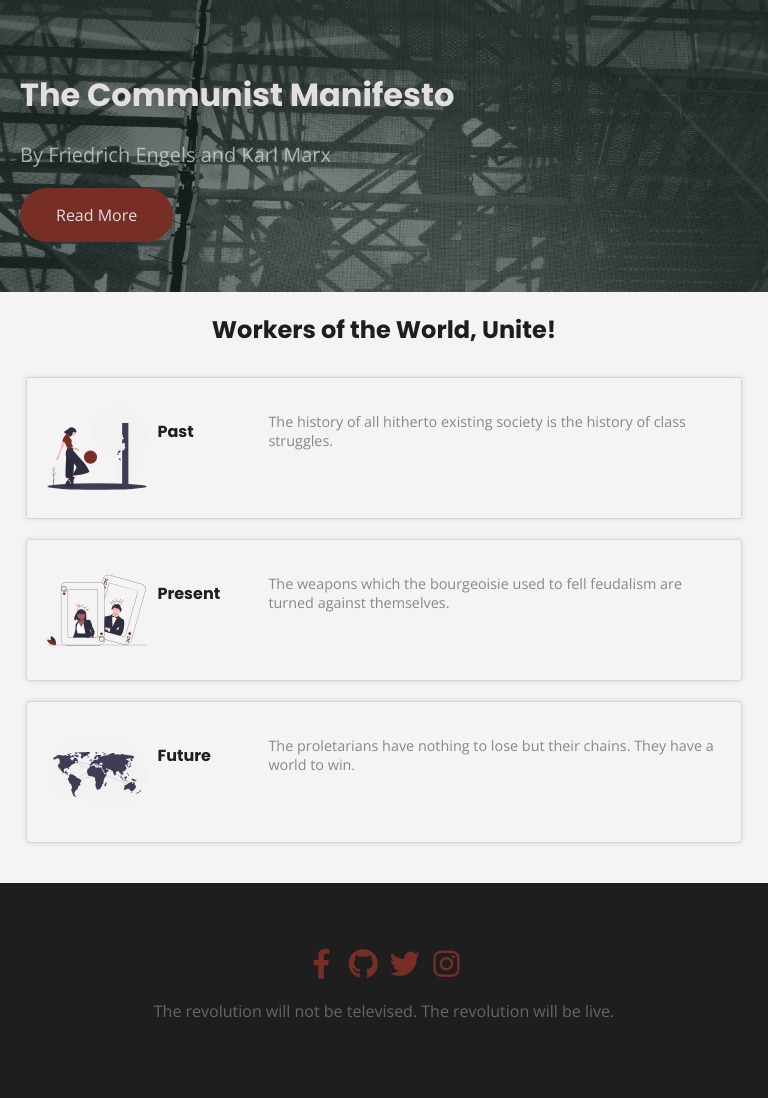
Repository: eaang/landing
Page: index.html
The author's editor kept a copy of each file at every save. The page is drawn from the files as they stood at one save, then again after the next save.
The browser window is 768 px wide. The pictures show the whole page.
Some web libraries are served in a nearby version.

Above is the page before, as saved 2020-06-10 17:15:01.

### index.html
<!DOCTYPE html>
<html>
  <head>
    <meta charset="UTF-8" />
    <title>The Communist Manifesto</title>
    <link rel="shortcut icon" href="data:[embedded picture, 18 characters]" type="image/x-icon" />
    <!-- We need this line below for responsiveness! -->
    <meta name="viewport" content="width=device-width, initial-scale=1" />
    <link rel="stylesheet" href="css/style.css" />
  </head>
  <body>
    <!-- code a Hero / Banner section -->
    <div class="banner">
      <div class="container">
        <h1>The Communist Manifesto</h1>
        <p>By Friedrich Engels and Karl Marx</p>
        <a class="btn-primary" href="#">Read More</a>
      </div>
    </div>
    <!-- code a "How it works" section -->
    <div class="container">
      <h2 class="text-center">Workers of the World, Unite!</h2>
      <div class="cards">
        <div class="card">
          <img src="images/struggle.svg" alt="" />
          <div class="card-titles"><h4>Past</h4></div>
          <div class="card-text"><p>
            The history of all hitherto existing society is the history of class
            struggles.
          </p></div>
        </div>

        <div class="card">
          <img src="images/feudal.svg" alt="" />
          <div class="card-titles"><h4>Present</h4></div>
          <div class="card-text"><p>
            The weapons which the bourgeoisie used to fell feudalism are turned
            against themselves.
          </p></div>
        </div>

        <div class="card">
          <img src="images/future.svg" alt="" />
          <div class="card-titles"><h4>Future</h4></div>
          <div class="card-text"><p>
            The proletarians have nothing to lose but their chains. They have a
            world to win.
          </p></div>
        </div>
      </div>
    </div>
    <!-- code a footer -->
    <div class="footer">
      <div class="links">
        <a href="#"><i class="fab fa-fw fa-facebook-f"></i></a>
        <a href="#"><i class="fab fa-fw fa-github"></i></a>
        <a href="#"><i class="fab fa-fw fa-twitter"></i></a>
        <a href="#"><i class="fab fa-fw fa-instagram"></i></a>
        <p>
          The revolution will not be televised. The revolution will be live.
        </p>
      </div>
    </div>
  </body>
</html>

### css/style.css
/* Fonts */
@import url("https://fonts.googleapis.com/css?family=Open+Sans:400,700|Poppins:700");

/* Fontawesome */
@import url("https://use.fontawesome.com/releases/v5.6.3/css/all.css");

/* Utilities */
body {
  margin: 0;
  font-family: Open Sans;
  background-color: #f5f4f5;
  color: #1f1e1f;
}

h1,
h2,
h3,
h4 {
  font-family: Poppins;
}

a {
  text-decoration: none;
}

.text-center {
  text-align: center;
}
/* Custom design below! */
.container {
  max-width: 900px;
  margin: auto;
}

/* Banner design */
.banner:before {
  content: " ";
  display: block;
  position: absolute;
  left: 0;
  top: 0;
  width: 100%;
  height: 100%;
  z-index: 1;
  opacity: 0.4;
  background-image: url("../images/background.jpg");
  background-repeat: no-repeat;
  background-position: 50% 0;
  -ms-background-size: cover;
  -o-background-size: cover;
  -moz-background-size: cover;
  -webkit-background-size: cover;
  background-size: cover;
}
.banner {
  position: relative;
  background: #203130;
  overflow: hidden;
  padding: 200px 0;
}
.banner h1 {
  position: relative;
  z-index: 2;
  color: #e1dfe1;
}
.banner p {
  position: relative;
  z-index: 2;
  color: #e1dfe1;
  opacity: 0.7;
  font-size: 20px;
}
.btn-primary {
  position: relative;
  z-index: 2;
  display: inline-block;
  background-color: #772e25;
  padding: 16px 36px;
  border-radius: 50px;
  color: #e1dfe1;
}

/* Cards design */
.cards {
  flex-wrap: wrap;
  display: flex;
  justify-content: space-between;
  margin-bottom: 30px;
}
.card {
  max-width: 200px;
  border-radius: 3px;
  box-shadow: 0 0 5px rgb(216, 212, 216);
  text-align: center;
  padding: 20px;
  border: 1px solid rgb(216, 212, 216);
}
.card img {
  height: 100px;
}
.card p {
  opacity: 0.5;
  font-size: 0.9em;
}

/* Footer design */
.footer {
  text-align: center;
  padding: 60px;
  background-color: #1f1e1f;
}
.footer a {
  font-size: 30px;
  color: #772e25;
}
.footer p {
  color: #686468;
}

/* Media Queries */

@media only screen and (max-width: 1000px) {
  .banner {
    padding: 50px 20px 50px 20px;
  }
  .cards {
    padding: 0px 10px 0px 10px;
  }
  .card {
    margin: 0 10px;
  }
}
@media only screen and (max-width: 830px) {
  .cards {
    flex-direction: column;
  }
  .card {
    min-width: 90%;
    margin: 10px auto;
    display: flex;
    justify-content: space-between;
    text-align: left;
  }
  .card img {
    width: 100px;
  }
  .card-titles {
    flex: 1 0 auto;
    text-align: left;
    padding-left: 10px;
    margin-right: 10px;
    min-width: 15%;
  }
  .card-text {
    max-width: 70%;
  }
}

After the next save:
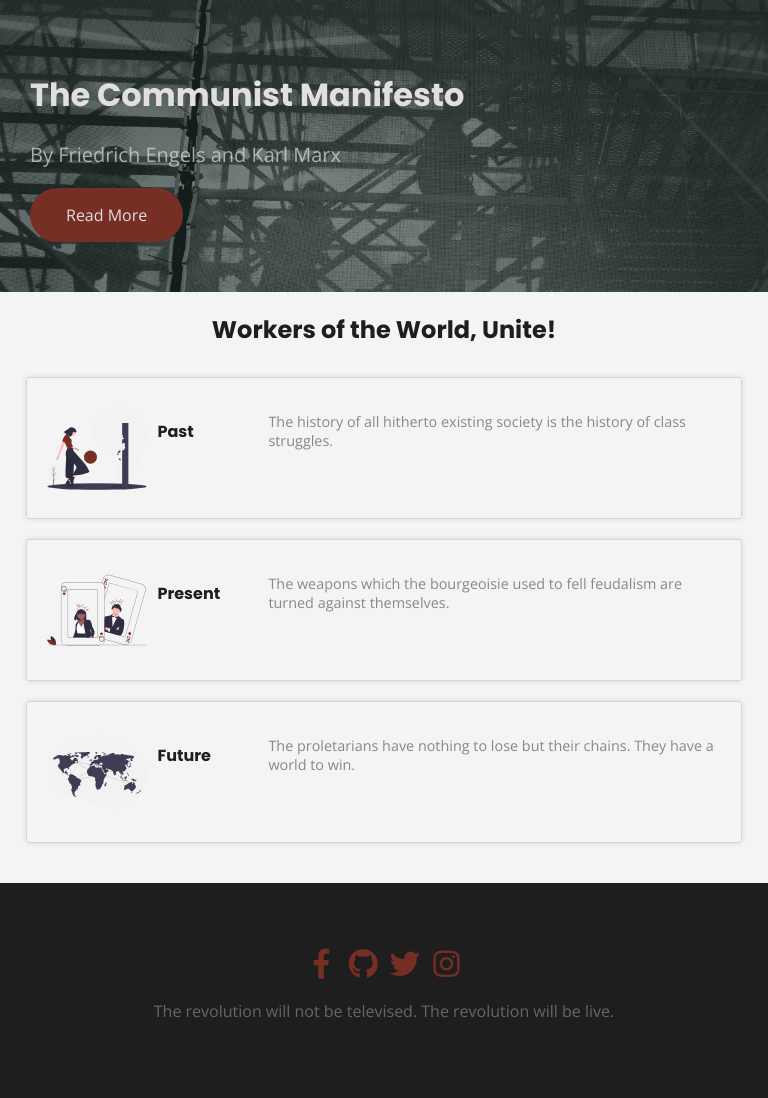
Saved 64 s later.
--- a/css/style.css
+++ b/css/style.css
@@ -121,7 +121,7 @@
 
 @media only screen and (max-width: 1000px) {
   .banner {
-    padding: 50px 20px 50px 20px;
+    padding: 50px 30px 50px 30px;
   }
   .cards {
     padding: 0px 10px 0px 10px;

After the save that followed:
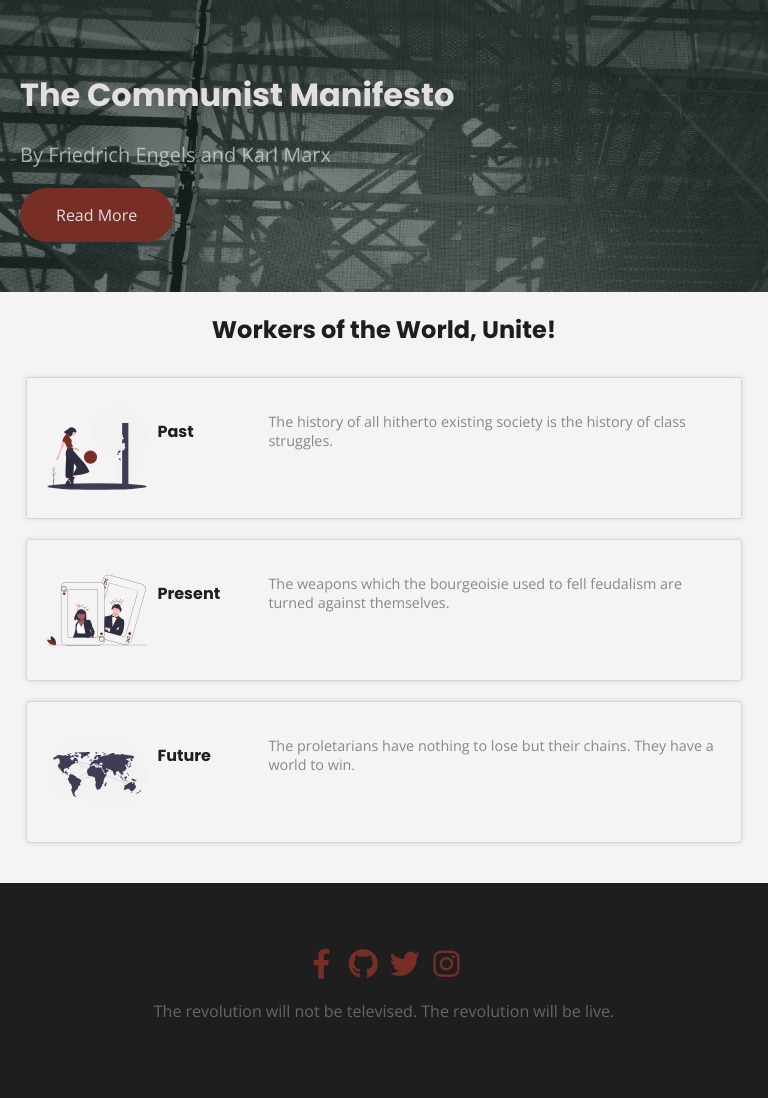
Saved 23 s later.
--- a/css/style.css
+++ b/css/style.css
@@ -121,7 +121,7 @@
 
 @media only screen and (max-width: 1000px) {
   .banner {
-    padding: 50px 30px 50px 30px;
+    padding: 50px 20px 50px 20px;
   }
   .cards {
     padding: 0px 10px 0px 10px;
